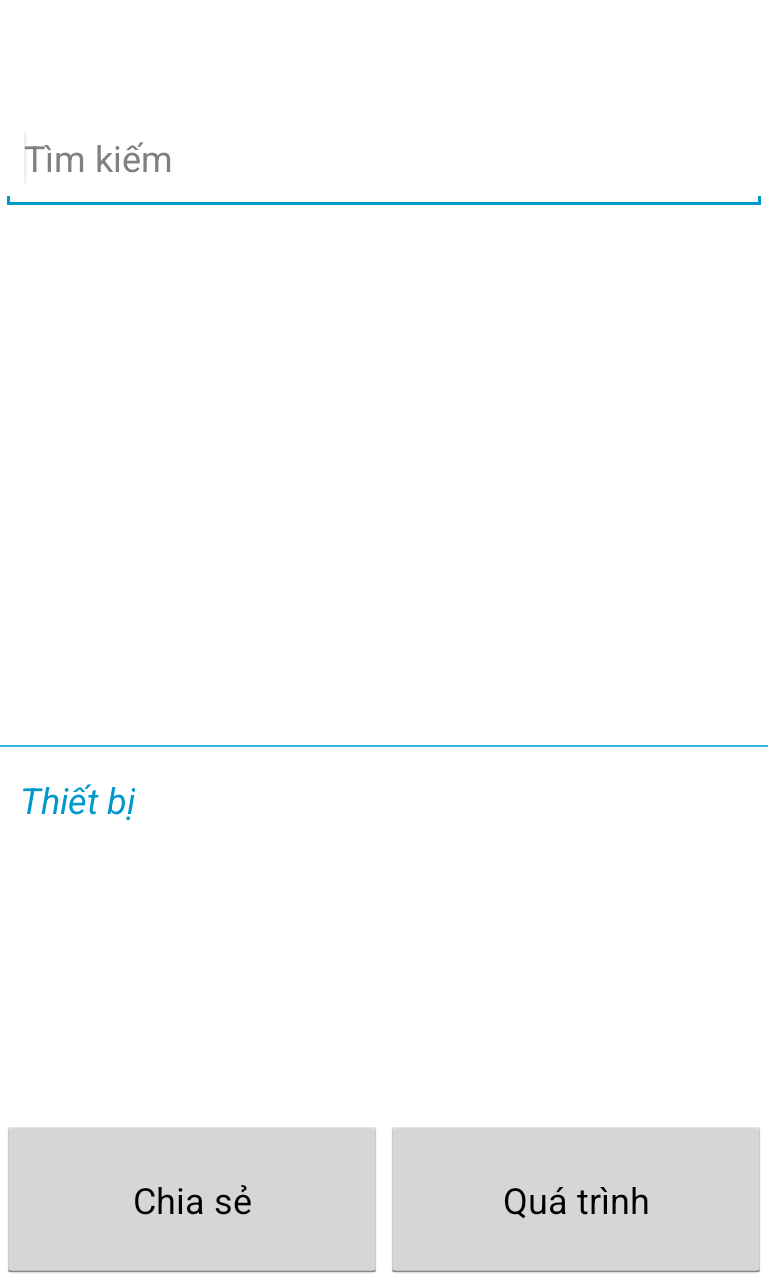
Repository: thinhnk55/android-appshare
Layout: ShareApp/res/layout/activity_main.xml
An editor plug-in stored every save of this project. The layout is shown before and after the next save, followed by the edit.
It is drawn on a 768 x 1280 px phone screen (xhdpi) without system bars, with theme AppTheme; the app's code is not run.

Above is the layout before, as saved 2014-07-17 15:35:34.

### ShareApp/res/layout/activity_main.xml
<RelativeLayout xmlns:android="http://schemas.android.com/apk/res/android"
    xmlns:tools="http://schemas.android.com/tools"
    android:layout_width="match_parent"
    android:layout_height="match_parent"
    tools:context=".MainActivity" >

    <TabHost
        android:id="@android:id/tabhost"
        android:layout_width="match_parent"
        android:layout_height="match_parent"
        android:layout_alignParentLeft="true"
        android:layout_alignParentTop="true" >

        <LinearLayout
            android:layout_width="match_parent"
            android:layout_height="match_parent"
            android:orientation="vertical"
            android:weightSum="120" >

            <TabWidget
                android:id="@android:id/tabs"
                android:layout_width="match_parent"
                android:layout_height="0dp"
                android:layout_weight="10" >
            </TabWidget>

            <AutoCompleteTextView
                android:id="@+id/autoCompleteTextView1"
                android:layout_width="match_parent"
                android:layout_height="0dp"
                android:layout_weight="10"
                android:ems="10"
                android:hint="@string/search" >

                <requestFocus
                    android:layout_width="wrap_content"
                    android:layout_height="wrap_content" />
            </AutoCompleteTextView>

            <FrameLayout
                android:id="@android:id/tabcontent"
                android:layout_width="match_parent"
                android:layout_height="0dp"
                android:layout_weight="50" >
            </FrameLayout>

            <View
                android:layout_width="match_parent"
                android:layout_height="1dp"
                android:background="@android:color/holo_blue_light" />

            <TextView
                android:id="@+id/textView1"
                android:layout_width="wrap_content"
                android:layout_height="0dp"
                android:layout_weight="10"
                android:layout_marginLeft="10dp"
                android:gravity="center"
                android:text="@string/device"
                android:textColor="@android:color/holo_blue_dark"
                android:textStyle="italic"
                android:textAppearance="?android:attr/textAppearanceMedium" />

            <HorizontalScrollView
                android:id="@+id/horizontalScrollView1"
                android:layout_width="match_parent"
                android:layout_height="0dp"
                android:layout_weight="25" >

                <LinearLayout
                    android:layout_width="wrap_content"
                    android:layout_height="match_parent"
                    android:orientation="horizontal" >
                </LinearLayout>
            </HorizontalScrollView>

            <LinearLayout
                android:layout_width="match_parent"
                android:layout_height="0dp"
                android:layout_weight="15"
                android:weightSum="20" >

                <Button
                    android:id="@+id/button2"
                    android:layout_width="0dp"
                    android:layout_height="match_parent"
                    android:layout_weight="10"
                    android:text="@string/share" />

                <Button
                    android:id="@+id/button3"
                    android:layout_width="0dp"
                    android:layout_height="match_parent"
                    android:layout_weight="10"
                    android:text="@string/progress" />
            </LinearLayout>
        </LinearLayout>
    </TabHost>

</RelativeLayout>

### ShareApp/res/values/strings.xml
<?xml version="1.0" encoding="utf-8"?>
<resources>

    <string name="app_name">ShareApp</string>
    <string name="action_settings">Settings</string>
    <string name="hello_world">Hello world!</string>
    <string name="device">Thiết bị</string>
    <string name="share">Chia sẻ</string>
    <string name="progress">Quá trình</string>
    <string name="search">Tìm kiếm</string>

</resources>

Loaded but not shown: ShareApp/res/values/styles.xml (common file); ShareApp/res/values-v11/styles.xml (common file); ShareApp/res/values-v14/styles.xml (common file)

After the next save:
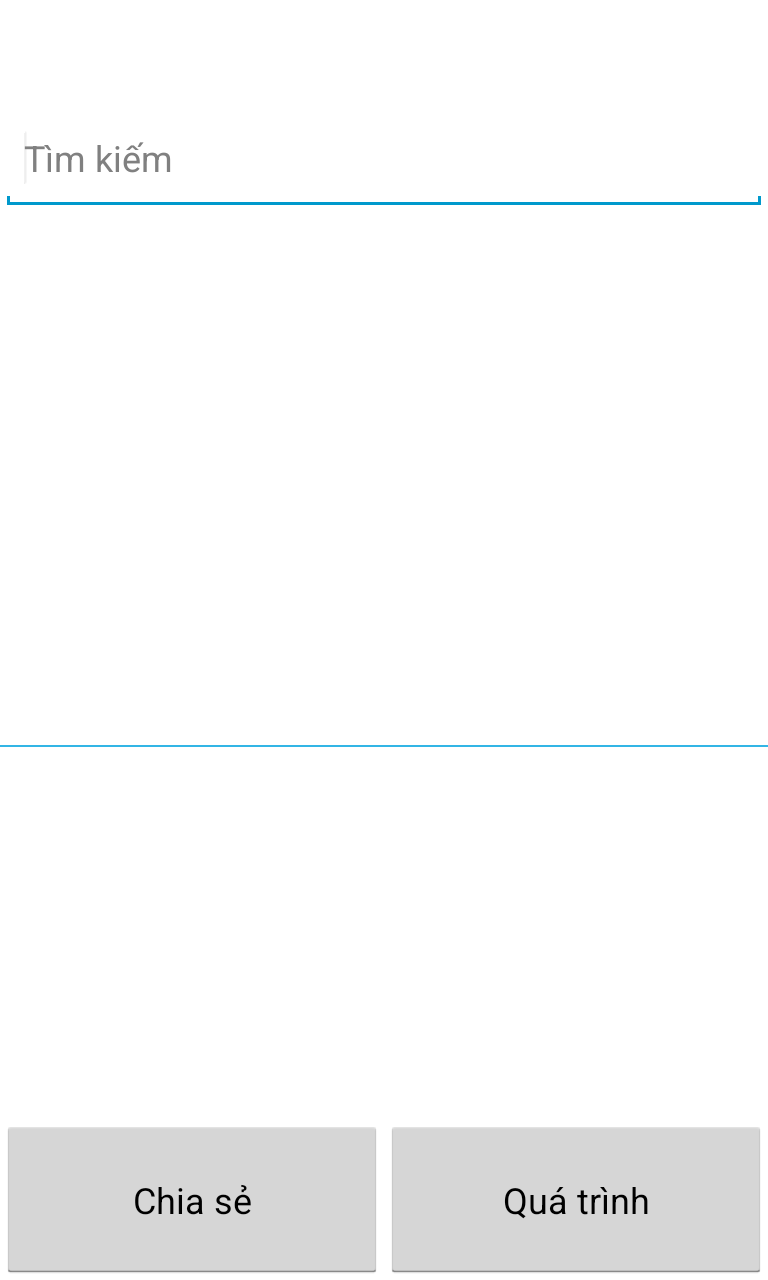
Saved 61 s later.
--- a/ShareApp/res/layout/activity_main.xml
+++ b/ShareApp/res/layout/activity_main.xml
@@ -49,17 +49,23 @@
                 android:layout_height="1dp"
                 android:background="@android:color/holo_blue_light" />
 
-            <TextView
-                android:id="@+id/textView1"
-                android:layout_width="wrap_content"
+            <LinearLayout
+                android:layout_width="match_parent"
                 android:layout_height="0dp"
-                android:layout_weight="10"
-                android:layout_marginLeft="10dp"
-                android:gravity="center"
-                android:text="@string/device"
-                android:textColor="@android:color/holo_blue_dark"
-                android:textStyle="italic"
-                android:textAppearance="?android:attr/textAppearanceMedium" />
+                android:layout_weight="10" >
+
+                <TextView
+                    android:id="@+id/textView1"
+                    android:layout_width="wrap_content"
+                    android:layout_height="0dp"
+                    android:layout_marginLeft="10dp"
+                    android:gravity="center"
+                    android:text="@string/device"
+                    android:textAppearance="?android:attr/textAppearanceMedium"
+                    android:textColor="@android:color/holo_blue_dark"
+                    android:textStyle="italic" />
+
+            </LinearLayout>
 
             <HorizontalScrollView
                 android:id="@+id/horizontalScrollView1"

After the save that followed:
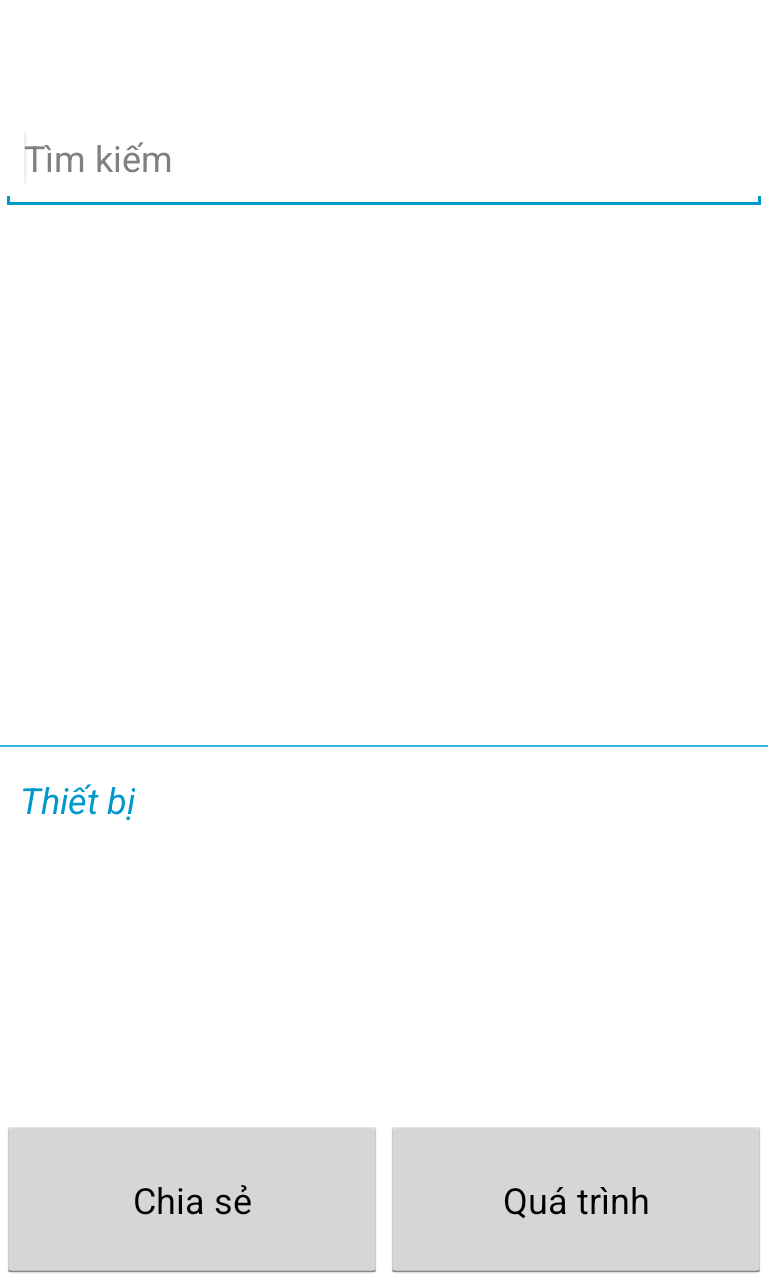
Saved 5 s later.
--- a/ShareApp/res/layout/activity_main.xml
+++ b/ShareApp/res/layout/activity_main.xml
@@ -57,7 +57,7 @@
                 <TextView
                     android:id="@+id/textView1"
                     android:layout_width="wrap_content"
-                    android:layout_height="0dp"
+                    android:layout_height="match_parent"
                     android:layout_marginLeft="10dp"
                     android:gravity="center"
                     android:text="@string/device"
